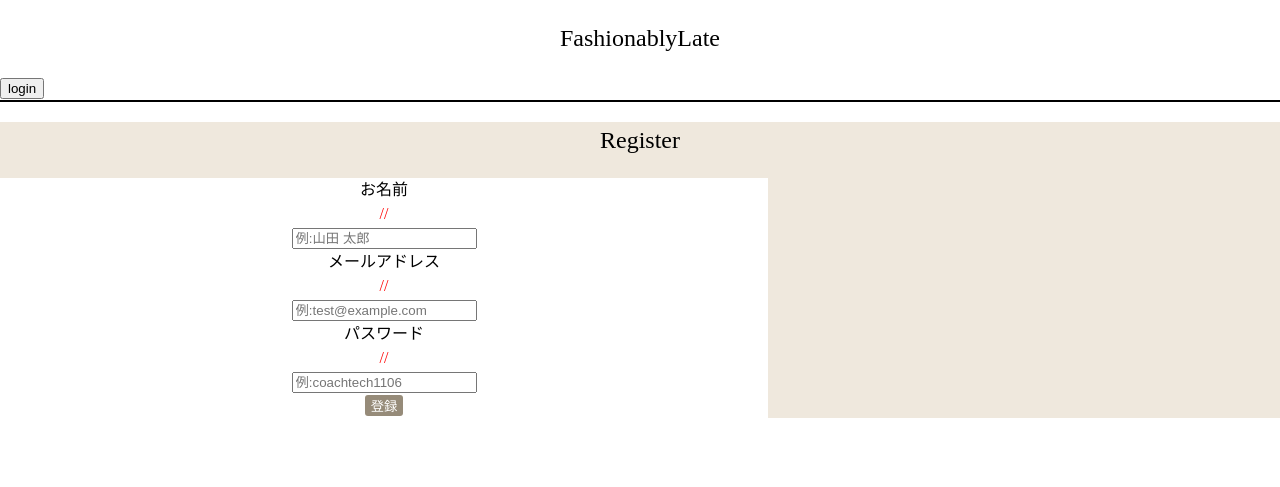
Repository: mayu-ya/test_form
Page: http://localhost/
These files come from the project's save history. The page is drawn as it stood at one moment and after the next save; the edit follows.
The browser window is 1280 px wide. The pictures show the whole page.
The page is served by the project's Laravel application, run on PHP 8.4 with Laravel 8. Other server files are loaded and not shown.

Above is the page before, as saved 2026-01-17 14:20:18.

### src/routes/web.php
<?php

use Illuminate\Support\Facades\Route;
use App\Http\Controllers\ContactController;

/*
|--------------------------------------------------------------------------
| Web Routes
|--------------------------------------------------------------------------
|
| Here is where you can register web routes for your application. These
| routes are loaded by the RouteServiceProvider within a group which
| contains the "web" middleware group. Now create something great!
|
*/

Route::get('/', [ContactController::class, 'index']);

### src/app/Http/Controllers/ContactController.php
<?php

namespace App\Http\Controllers;

use Illuminate\Http\Request;

class ContactController extends Controller
{
    public function index()
    {
        return view('auth.register');
    }
}

### src/resources/views/auth/register.blade.php
@extends('layouts.app')

@section('css')
<link rel="stylesheet" href="{{ asset('css/register.css') }}">
@endsection

@section('header')
<nav class="header">
    <form action="">
        <button class="header__button">login</button>
    </form>
</nav>
@endsection

@section('content')
<div class="contact">
    <div class="title">
        <h2 class="title-h">Register</h2>
    </div>

    <form class="form">
        <div class="form__group">
            <div class="form__group-title">
                <span class="form__goup-title-span">お名前</span>
            </div>
            <div class="form__error">
                //
            </div>
            <div class="form__group-input">
                <input type="text" class="form__group-unput-item" name="name" placeholder="例:山田 太郎" value="">
            </div>
        </div>

        <div class="form__group">
            <div class="form__group-title">
                <span class="form__goup-title-span">メールアドレス</span>
            </div>
            <div class="form__error">
                //
            </div>
            <div class="form__group-input">
                <input type="email" class="form__group-unput-item" name="email" placeholder="例:test@example.com" value="">
            </div>
        </div>

        <div class="form__group">
            <div class="form__group-title">
                <span class="form__goup-title-span">パスワード</span>
            </div>
            <div class="form__error">
                //
            </div>
            <div class="form__group-input">
                <input type="password" class="form__group-unput-item" name="password" placeholder="例:coachtech1106" value="">
            </div>
        </div>

        <div class="form__button">
            <button class="form__button-submit" type="submit">登録</button>
        </div>
    </form>
</div>
@endsection

### src/resources/views/layouts/app.blade.php
<!DOCTYPE html>
<html lang="ja">
<head>
    <meta charset="UTF-8">
    <meta name="viewport" content="width=device-width, initial-scale=1.0">
    <title>FashionablyLate</title>
    <link rel="stylesheet" href="{{ asset('css/common.css') }}">
    <link rel="stylesheet" href="{{ asset('css/sanitize.css') }}">
    @yield('css')
</head>
<body>
    <header class="header">
        <div class="header-title">
            <div class="header-title__item">FashionablyLate</div>
        </div>
        @yield('header')
    </header>

    <main>
        @yield('content')
    </main>
</body>
</html>

### src/public/css/common.css
.header{
    border-bottom: 1px solid #000;
}

.header-title {
    margin: 0 auto;
    padding: 20px 15px;
    max-width: 1230px;
}

.header-title__item {
    font-size: 24px;
    text-align: center;
}

### src/public/css/sanitize.css
/* Document
* ========================================================================== */

/**
* Add border box sizing in all browsers (opinionated).
*/

*,
::before,
::after {
  box-sizing: border-box;
}

/**
* 1. Add text decoration inheritance in all browsers (opinionated).
* 2. Add vertical alignment inheritance in all browsers (opinionated).
*/

::before,
::after {
  vertical-align: inherit;
  /* 2 */
  text-decoration: inherit;
  /* 1 */
}

/**
* 1. Use the default cursor in all browsers (opinionated).
* 2. Change the line height in all browsers (opinionated).
* 3. Use a 4-space tab width in all browsers (opinionated).
* 4. Remove the grey highlight on links in iOS (opinionated).
* 5. Prevent adjustments of font size after orientation changes in
*    IE on Windows Phone and in iOS.
* 6. Breaks words to prevent overflow in all browsers (opinionated).
*/

html {
  word-break: break-word;
  /* 6 */
  -moz-tab-size: 4;
  /* 3 */
  tab-size: 4;
  /* 3 */
  line-height: 1.5;
  /* 2 */
  cursor: default;
  /* 1 */

  -webkit-tap-highlight-color: transparent
    /* 4 */
  ;
  -ms-text-size-adjust: 100%;
  /* 5 */
  -webkit-text-size-adjust: 100%;
  /* 5 */
}

/* Sections
* ========================================================================== */

/**
* Remove the margin in all browsers (opinionated).
*/

body {
  margin: 0;
}

/**
* Correct the font size and margin on `h1` elements within `section` and
* `article` contexts in Chrome, Edge, Firefox, and Safari.
*/

h1 {
  margin: 0.67em 0;
  font-size: 2em;
}

/* Grouping content
* ========================================================================== */

/**
* Remove the margin on nested lists in Chrome, Edge, IE, and Safari.
*/

dl dl,
dl ol,
dl ul,
ol dl,
ul dl {
  margin: 0;
}

/**
* Remove the margin on nested lists in Edge 18- and IE.
*/

ol ol,
ol ul,
ul ol,
ul ul {
  margin: 0;
}

/**
* 1. Add the correct sizing in Firefox.
* 2. Show the overflow in Edge 18- and IE.
*/

hr {
  overflow: visible;
  /* 2 */
  height: 0;
  /* 1 */
}

/**
* Add the correct display in IE.
*/

main {
  display: block;
}

/**
* Remove the list style on navigation lists in all browsers (opinionated).
*/

nav ol,
nav ul {
  padding: 0;
  list-style: none;
}

/**
* 1. Correct the inheritance and scaling of font size in all browsers.
* 2. Correct the odd `em` font sizing in all browsers.
*/

pre {
  font-size: 1em;
  /* 2 */
  font-family: monospace, monospace;
  /* 1 */
}

/* Text-level semantics
* ========================================================================== */

/**
* Remove the gray background on active links in IE 10.
*/

a {
  background-color: transparent;
}

/**
* Add the correct text decoration in Edge 18-, IE, and Safari.
*/

abbr[title] {
  text-decoration: underline;
  text-decoration: underline dotted;
}

/**
* Add the correct font weight in Chrome, Edge, and Safari.
*/

b,
strong {
  font-weight: bolder;
}

/**
* 1. Correct the inheritance and scaling of font size in all browsers.
* 2. Correct the odd `em` font sizing in all browsers.
*/

code,
kbd,
samp {
  font-size: 1em;
  /* 2 */
  font-family: monospace, monospace;
  /* 1 */
}

/**
* Add the correct font size in all browsers.
*/

small {
  font-size: 80%;
}

/* Embedded content
* ========================================================================== */

/*
* Change the alignment on media elements in all browsers (opinionated).
*/

audio,
canvas,
iframe,
img,
svg,
video {
  vertical-align: middle;
}

/**
* Add the correct display in IE 9-.
*/

audio,
video {
  display: inline-block;
}

/**
* Add the correct display in iOS 4-7.
*/

audio:not([controls]) {
  display: none;
  height: 0;
}

/**
* Remove the border on iframes in all browsers (opinionated).
*/

iframe {
  border-style: none;
}

/**
* Remove the border on images within links in IE 10-.
*/

img {
  border-style: none;
}

/**
* Change the fill color to match the text color in all browsers (opinionated).
*/

svg:not([fill]) {
  fill: currentColor;
}

/**
* Hide the overflow in IE.
*/

svg:not(:root) {
  overflow: hidden;
}

/* Tabular data
* ========================================================================== */

/**
* Collapse border spacing in all browsers (opinionated).
*/

table {
  border-collapse: collapse;
}

/* Forms
* ========================================================================== */

/**
* Remove the margin on controls in Safari.
*/

button,
input,
select {
  margin: 0;
}

/**
* 1. Show the overflow in IE.
* 2. Remove the inheritance of text transform in Edge 18-, Firefox, and IE.
*/

button {
  overflow: visible;
  /* 1 */
  text-transform: none;
  /* 2 */
}

/**
* Correct the inability to style buttons in iOS and Safari.
*/

button,
[type="button"],
[type="reset"],
[type="submit"] {
  -webkit-appearance: button;
}

/**
* 1. Change the inconsistent appearance in all browsers (opinionated).
* 2. Correct the padding in Firefox.
*/

fieldset {
  padding: 0.35em 0.75em 0.625em;
  /* 2 */
  border: 1px solid #a0a0a0;
  /* 1 */
}

/**
* Show the overflow in Edge 18- and IE.
*/

input {
  overflow: visible;
}

/**
* 1. Correct the text wrapping in Edge 18- and IE.
* 2. Correct the color inheritance from `fieldset` elements in IE.
*/

legend {
  display: table;
  /* 1 */
  max-width: 100%;
  /* 1 */
  color: inherit;
  /* 2 */
  white-space: normal;
  /* 1 */
}

/**
* 1. Add the correct display in Edge 18- and IE.
* 2. Add the correct vertical alignment in Chrome, Edge, and Firefox.
*/

progress {
  display: inline-block;
  /* 1 */
  vertical-align: baseline;
  /* 2 */
}

/**
* Remove the inheritance of text transform in Firefox.
*/

select {
  text-transform: none;
}

/**
* 1. Remove the margin in Firefox and Safari.
* 2. Remove the default vertical scrollbar in IE.
* 3. Change the resize direction in all browsers (opinionated).
*/

textarea {
  overflow: auto;
  /* 2 */
  margin: 0;
  /* 1 */
  resize: vertical;
  /* 3 */
}

/**
* Remove the padding in IE 10-.
*/

[type="checkbox"],
[type="radio"] {
  padding: 0;
}

/**
* 1. Correct the odd appearance in Chrome, Edge, and Safari.
* 2. Correct the outline style in Safari.
*/

[type="search"] {
  outline-offset: -2px;
  /* 2 */

  -webkit-appearance: textfield;
  /* 1 */
}

/**
* Correct the cursor style of increment and decrement buttons in Safari.
*/

::-webkit-inner-spin-button,
::-webkit-outer-spin-button {
  height: auto;
}

/**
* Correct the text style of placeholders in Chrome, Edge, and Safari.
*/

::-webkit-input-placeholder {
  color: inherit;
  opacity: 0.54;
}

/**
* Remove the inner padding in Chrome, Edge, and Safari on macOS.
*/

::-webkit-search-decoration {
  -webkit-appearance: none;
}

/**
* 1. Correct the inability to style upload buttons in iOS and Safari.
* 2. Change font properties to `inherit` in Safari.
*/

::-webkit-file-upload-button {
  font: inherit;
  /* 2 */

  -webkit-appearance: button;
  /* 1 */
}

/**
* Remove the inner border and padding of focus outlines in Firefox.
*/

::-moz-focus-inner {
  padding: 0;
  border-style: none;
}

/**
* Restore the focus outline styles unset by the previous rule in Firefox.
*/

:-moz-focusring {
  outline: 1px dotted ButtonText;
}

/**
* Remove the additional :invalid styles in Firefox.
*/

:-moz-ui-invalid {
  box-shadow: none;
}

/* Interactive
* ========================================================================== */

/*
* Add the correct display in Edge 18- and IE.
*/

details {
  display: block;
}

/*
* Add the correct styles in Edge 18-, IE, and Safari.
*/

dialog {
  position: absolute;
  right: 0;
  left: 0;
  display: block;
  margin: auto;
  padding: 1em;
  width: -moz-fit-content;
  width: -webkit-fit-content;
  width: fit-content;
  height: -moz-fit-content;
  height: -webkit-fit-content;
  height: fit-content;
  border: solid;
  background-color: white;
  color: black;
}

dialog:not([open]) {
  display: none;
}

/*
* Add the correct display in all browsers.
*/

summary {
  display: list-item;
}

/* Scripting
* ========================================================================== */

/**
* Add the correct display in IE 9-.
*/

canvas {
  display: inline-block;
}

/**
* Add the correct display in IE.
*/

template {
  display: none;
}

/* User interaction
* ========================================================================== */

/*
* 1. Remove the tapping delay in IE 10.
* 2. Remove the tapping delay on clickable elements
in all browsers (opinionated).
*/

a,
area,
button,
input,
label,
select,
summary,
textarea,
[tabindex] {
  -ms-touch-action: manipulation;
  /* 1 */
  touch-action: manipulation;
  /* 2 */
}

/**
* Add the correct display in IE 10-.
*/

[hidden] {
  display: none;
}

/* Accessibility
* ========================================================================== */

/**
* Change the cursor on busy elements in all browsers (opinionated).
*/

[aria-busy="true"] {
  cursor: progress;
}

/*
* Change the cursor on control elements in all browsers (opinionated).
*/

[aria-controls] {
  cursor: pointer;
}

/*
* Change the cursor on disabled, not-editable, or otherwise
* inoperable elements in all browsers (opinionated).
*/

[aria-disabled="true"],
[disabled] {
  cursor: not-allowed;
}

/*
* Change the display on visually hidden accessible elements
* in all browsers (opinionated).
*/

[aria-hidden="false"][hidden] {
  display: initial;
}

[aria-hidden="false"][hidden]:not(:focus) {
  position: absolute;
  clip: rect(0, 0, 0, 0);
}

### src/public/css/register.css
.contact {
    max-width: 1536px;
    background: #efe8dd;
    height: 100%;
}

.title {
    margin: 0 auto;
}

.title-h {
    text-align: center;
    font-weight: lighter;
}

.form {
    background: white;
    width: 60%;
}

.form__group {
    text-align: center;
}

.form__error {
    color: red;
}

.form__button {
    text-align: center;
}

.form__button-submit {
    background: #968b79;
    color: white;
    border-radius: 3px;
    border: none;
    cursor: pointer;
}

Loaded but not shown: src/app/Http/Controllers/Controller.php (common file)

After the next save:
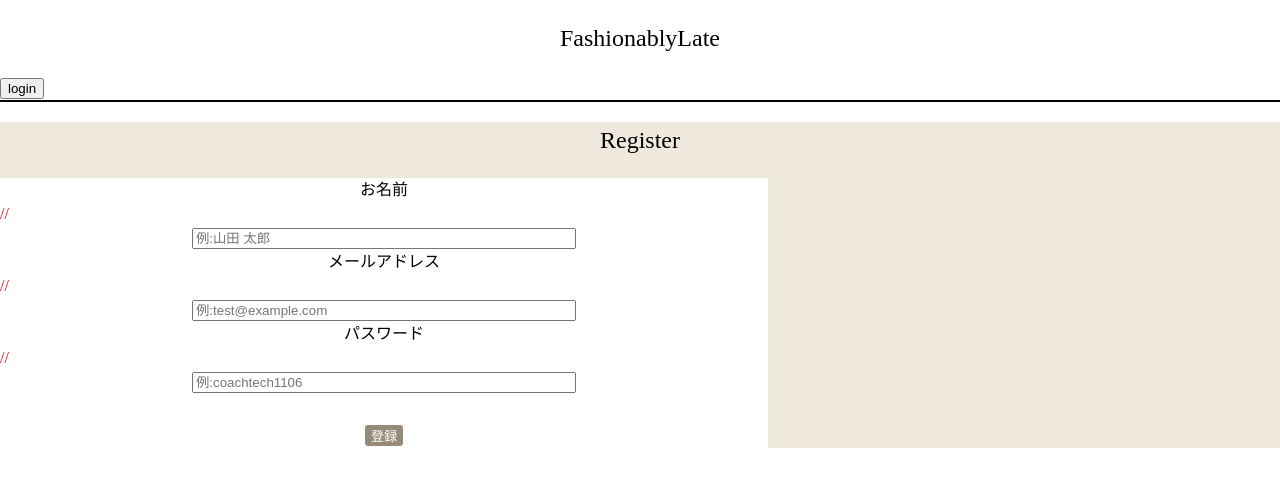
Saved 3 min 23 s later.
--- a/src/public/css/register.css
+++ b/src/public/css/register.css
@@ -22,12 +22,23 @@
     text-align: center;
 }
 
+.form__goup-title-span {
+    margin-top: 30px;
+    text-align: left;
+}
+
+.form__group-unput-item {
+    width: 50%;
+}
+
 .form__error {
     color: red;
+    text-align: left;
 }
 
 .form__button {
     text-align: center;
+    margin-top: 30px;
 }
 
 .form__button-submit {
